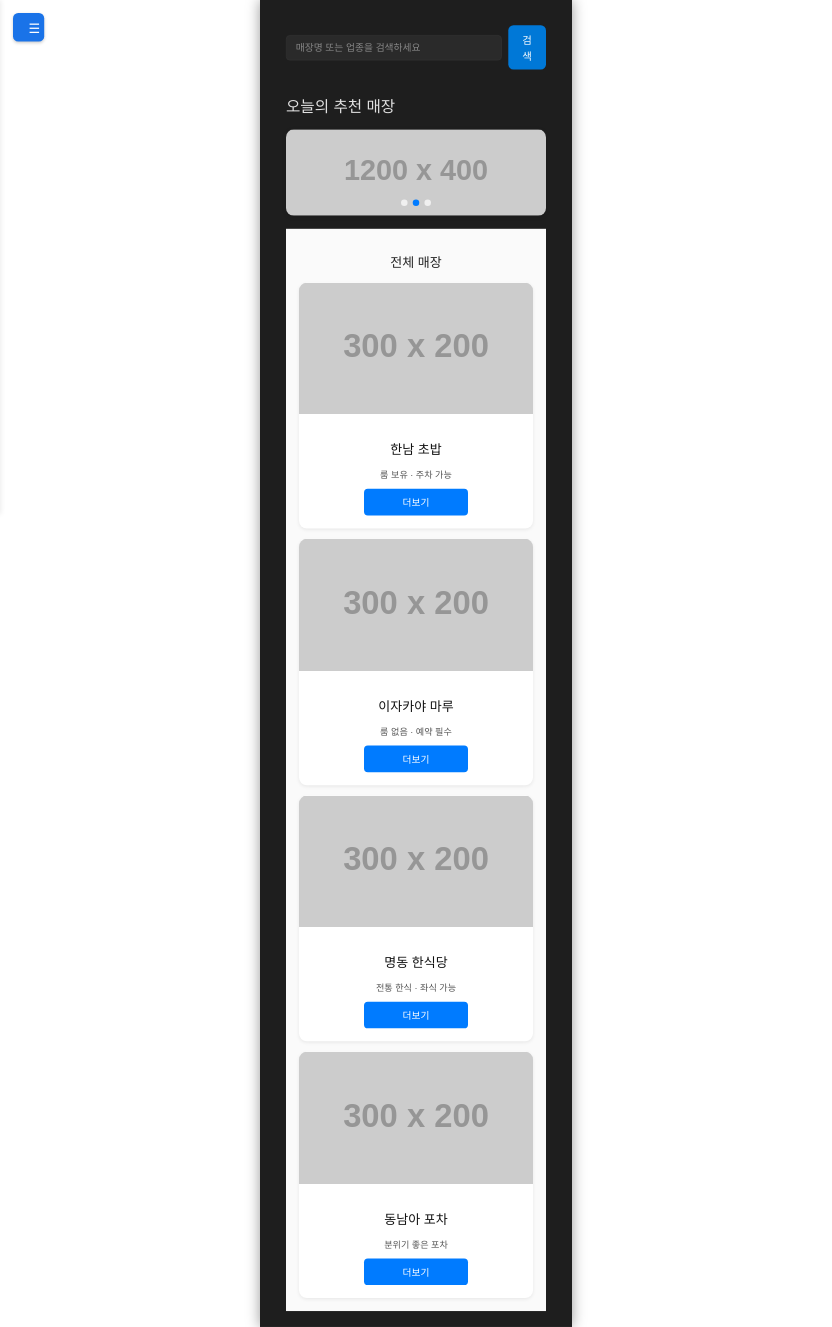
Repository: noiredex/Choplan-API
Page: / (app in choplan/frontend_main/)
The author's editor kept a copy of each file at every save. The page is drawn from the files as they stood at one save, then again after the next save.
The browser window is 1280 px wide. The pictures show the whole page, at 65% of full size.
The project was rebuilt for these pictures with package versions that can differ from the ones it lists, and the page was loaded fresh each time. Also part of the build but not shown: choplan/frontend_main/vite.config.js, choplan/frontend_main/vite.config.ts, choplan/frontend_main/src/styles/StoreDetailPage.css, choplan/frontend_main/src/pages/StoreDetailPage.jsx.

Above is the page before, as saved 2025-10-27 14:20:32.

### choplan/frontend_main/index.html
<!doctype html>
<html lang="en">
  <head>
    <meta charset="UTF-8" />
    <link rel="icon" type="image/svg+xml" href="/vite.svg" />
    <meta name="viewport" content="width=device-width, initial-scale=1.0" />
    <title>frontend_main</title>
  </head>
  <body>
    <div id="root"></div>
    <script type="module" src="/src/main.jsx"></script>
  </body>
</html>

### choplan/frontend_main/src/App.jsx
import { Routes, Route } from "react-router-dom";
import HomePage from "./pages/HomePage";
import StoreDetailPage from "./pages/StoreDetailPage";
import "./App.css";

export default function App() {
  return (
    <Routes>
      <Route path="/" element={<HomePage />} />
      <Route path="/store/:id" element={<StoreDetailPage />} />
    </Routes>
  );
}

### choplan/frontend_main/src/pages/Homepage.jsx
import React, { useState } from "react";
import Sidebar from "../components/common/Sidebar";
import SearchBar from "../components/home/SearchBar";
import BannerSlider from "../components/home/BannerSlider";
import RecommendedStores from "../components/home/RecommendedStores";
import "../styles/HomePage.css";

export default function HomePage() {
  const [selectedCategory, setSelectedCategory] = useState("전체");
  const [searchQuery, setSearchQuery] = useState("");

  return (
    <div className="home-container">
      {/* 사이드바 */}
      <Sidebar
        selectedCategory={selectedCategory}
        onSelectCategory={setSelectedCategory}
        searchQuery={searchQuery}
      />

      {/* 메인 콘텐츠 */}
      <div className="main-content">
        <SearchBar onSearch={setSearchQuery} />

        {/* 추천 배너 */}
        <section className="banner-section">
          <h2>오늘의 추천 매장</h2>
          <BannerSlider />
        </section>

        {/* 매장 목록 */}
        <section className="store-section">
          <RecommendedStores
            category={selectedCategory}
            searchQuery={searchQuery}
          />
        </section>
      </div>
    </div>
  );
}

### choplan/frontend_main/src/App.css
/* ==============================
   App.css — 전역 스타일
   ============================== */

/* 기본 페이지 레이아웃 */
html, body {
  margin: 0;
  padding: 0;
  background-color: #181818; /* Soft Charcoal */
  color: #E0E0E0;
  font-family: 'Noto Sans KR', sans-serif;
  display: flex;
  justify-content: center;
}

/* 전체 앱을 중앙에 고정 (모바일 480px 기준) */
#root {
  width: 100%;
  max-width: 480px;
  min-height: 100vh;
  background-color: #1E1E1E;
  box-shadow: 0 0 20px rgba(0, 0, 0, 0.4);
  overflow-x: hidden;
  position: relative;
}

/* 스크롤바 다크모드 스타일 */
::-webkit-scrollbar {
  width: 6px;
}
::-webkit-scrollbar-track {
  background: #1a1a1a;
}
::-webkit-scrollbar-thumb {
  background: #444;
  border-radius: 4px;
}
::-webkit-scrollbar-thumb:hover {
  background: #555;
}

/* 공통 버튼 스타일 */
button {
  background-color: #3D7FFF;
  color: white;
  border: none;
  border-radius: 8px;
  padding: 10px 16px;
  cursor: pointer;
  transition: background-color 0.2s ease;
}
button:hover {
  background-color: #5596FF;
}

/* 링크 */
a {
  text-decoration: none;
  color: inherit;
}

### choplan/frontend_main/src/components/common/Sidebar.jsx
import React, { useState, useEffect } from "react";
import "../../styles/Sidebar.css";

export default function Sidebar({ selectedCategory, onSelectCategory, searchQuery }) {
  const [isOpen, setIsOpen] = useState(false);

  const categories = [
    "전체",
    "이자카야",
    "초밥",
    "한식",
    "양식",
    "중식",
    "동남아",
    "인도",
    "기타",
  ];

  // 검색어에 따라 자동 카테고리 선택
  useEffect(() => {
    if (searchQuery && searchQuery.trim() !== "") {
      const matched = categories.find((cat) => searchQuery.includes(cat));
      if (matched) onSelectCategory(matched);
    }
  }, [searchQuery]);

  return (
    <>
      {/* 햄버거 버튼 (항상 노출) */}
      <button
        className="sidebar-toggle"
        onClick={() => setIsOpen(!isOpen)}
        aria-label="메뉴 열기"
      >
        ☰
      </button>

      {/* 오버레이 (열릴 때만) */}
      {isOpen && <div className="overlay" onClick={() => setIsOpen(false)}></div>}

      {/* 세로형 사이드바 */}
      <aside className={`sidebar ${isOpen ? "open" : ""}`}>
        <ul className="sidebar-list">
          {categories.map((category, index) => (
            <li
              key={index}
              className={selectedCategory === category ? "active" : ""}
              onClick={() => {
                onSelectCategory(category);
                setIsOpen(false);
              }}
            >
              {category}
            </li>
          ))}
        </ul>
      </aside>
    </>
  );
}

### choplan/frontend_main/src/components/home/SearchBar.jsx
import React, { useState } from "react";
import "../../styles/SearchBar.css";

export default function SearchBar({ onSearch }) {
  const [query, setQuery] = useState("");

  const handleInputChange = (e) => {
    setQuery(e.target.value);
  };

  const handleSearch = (e) => {
    e.preventDefault();
    onSearch(query);
  };

  return (
    <form className="search-bar" onSubmit={handleSearch}>
      <input
        type="text"
        placeholder="매장명 또는 업종을 검색하세요"
        value={query}
        onChange={handleInputChange}
      />
      <button type="submit">검색</button>
    </form>
  );
}

### choplan/frontend_main/src/components/home/BannerSlider.jsx
import React from "react";
import { Swiper, SwiperSlide } from "swiper/react";
import { Autoplay, Pagination } from "swiper/modules";
import "swiper/css";
import "swiper/css/pagination";
import "../../styles/BannerSlider.css";

export default function BannerSlider() {
  const banners = [
    {
      id: 1,
      img: "https://placehold.co/1200x400/007bff/ffffff?text=오늘의+추천매장+1",
      alt: "추천 매장 1",
    },
    {
      id: 2,
      img: "https://placehold.co/1200x400/f07b00/ffffff?text=오늘의+추천매장+2",
      alt: "추천 매장 2",
    },
    {
      id: 3,
      img: "https://placehold.co/1200x400/008c4a/ffffff?text=오늘의+추천매장+3",
      alt: "추천 매장 3",
    },
  ];

  return (
    <div className="banner-slider-container">
      <Swiper
        modules={[Autoplay, Pagination]}
        pagination={{ clickable: true }}
        autoplay={{ delay: 4000, disableOnInteraction: false }}
        loop={true}
        spaceBetween={0}
        slidesPerView={1}
        className="banner-swiper"
      >
        {banners.map((banner) => (
          <SwiperSlide key={banner.id}>
            <img
              src={banner.img}
              alt={banner.alt}
              className="banner-image"
            />
          </SwiperSlide>
        ))}
      </Swiper>
    </div>
  );
}

### choplan/frontend_main/src/components/home/RecommendedStores.jsx
import React, { useEffect, useState } from "react";
import { useNavigate } from "react-router-dom";
import "../../styles/RecommendedStores.css";

export default function RecommendedStores({ category, searchQuery }) {
  const [stores, setStores] = useState([]);
  const navigate = useNavigate(); // 페이지 이동 훅

  // 예시 데이터 (실제 API 연결 시 이 부분 대체)
  const allStores = [
    { id: 1, name: "한남 초밥", category: "초밥", desc: "룸 보유 · 주차 가능", img: "https://placehold.co/300x200" },
    { id: 2, name: "이자카야 마루", category: "이자카야", desc: "룸 없음 · 예약 필수", img: "https://placehold.co/300x200" },
    { id: 3, name: "명동 한식당", category: "한식", desc: "전통 한식 · 좌식 가능", img: "https://placehold.co/300x200" },
    { id: 4, name: "동남아 포차", category: "동남아", desc: "분위기 좋은 포차", img: "https://placehold.co/300x200" },
  ];

  useEffect(() => {
    let filtered = allStores;

    // 검색어 반영
    if (searchQuery) {
      filtered = filtered.filter((store) =>
        store.name.toLowerCase().includes(searchQuery.toLowerCase())
      );
    }

    // 카테고리 반영
    if (category && category !== "전체") {
      filtered = filtered.filter((store) => store.category === category);
    }

    setStores(filtered);
  }, [category, searchQuery]);

  return (
    <div className="recommended-stores">
      <h2>{category ? category : "전체"} 매장</h2>

      <div className="store-grid">
        {stores.length > 0 ? (
          stores.map((store) => (
            <div className="store-card" key={store.id}>
              <img src={store.img} alt={store.name} />
              <div className="store-info">
                <h3>{store.name}</h3>
                <p>{store.desc}</p>
                <button onClick={() => navigate(`/store/${store.id}`)}>더보기</button>
              {/* 더보기 클릭시 /store/매장id 페이지로 이동 */}
              </div>
            </div>
          ))
        ) : (
          <p className="no-results">검색 결과가 없습니다.</p>
        )}
      </div>
    </div>
  );
}

### choplan/frontend_main/src/styles/HomePage.css
/* ===== 기본 구조 ===== */
.home-container {
  display: flex;
  flex-direction: row; /* Sidebar + Main Content 가 가로로 배치 */
  align-items: stretch;
  justify-content: flex-start;
  width: 100%;
  min-height: 100vh;
  background-color: #1E1E1E;
  color: #E0E0E0;
  overflow: hidden;
  box-sizing: border-box;
}

/* ===== 사이드바 ===== */
.sidebar {
  width: 250px;
  min-width: 200px;
  max-width: 280px;
  background-color: #202020;
  border-right: 1px solid #2c2c2c;
  overflow-y: auto;
  transition: all 0.3s ease;
}

.sidebar-list {
  list-style: none;
  margin: 0;
  padding: 0;
}

.sidebar-list li {
  padding: 14px 18px;
  border-bottom: 1px solid #2b2b2b;
  cursor: pointer;
  color: #E0E0E0;
  transition: background 0.2s, color 0.2s;
}

.sidebar-list li:hover,
.sidebar-list li.active {
  background-color: #2a2a2a;
  color: #3D7FFF;
}

/* ===== 메인 콘텐츠 ===== */
.main-content {
  flex: 1;
  display: flex;
  flex-direction: column;
  justify-content: flex-start;
  align-items: stretch;
  padding: 24px 40px;
  overflow-y: auto;
  background-color: #1E1E1E;
  transition: all 0.3s ease;
}

/* 검색창 */

.search-bar {
  margin-bottom: 20px;
}

.search-bar input {
  width: 100%;
  padding: 10px 14px;
  border: 1px solid #333;
  border-radius: 6px;
  background-color: #2a2a2a;
  font-size: 15px;
}

.search-bar input::placeholder {
  color: #888;
}

/* ===== 베너 섹션 ===== */
.benner-section {
  text-align: center;
  margin-top: 20px;
  margin-bottom: 30px;
  display: flex;
  flex-direction: column;
  align-items: center;
}

.banner-section h2 {
  font-size: 22px;
  font-weight: 700;
  color: #E0E0E0;
  margin-bottom: 16px;
}

.banner-section .swiper-container {
  width: 100%;
  max-width: 440px;
  aspect-ratio: 16 / 9;
  border-radius: 12px;
  overflow: hidden;
  object-fit: cover;
  height: auto !important;
  flex-shrink: 0;
}

.banner-section .swiper-slide img {
  width: 100%;
  height: 100%;
  object-fit: cover;
  display: block;
}

/* ===== 추천 매장 섹션 ===== */
.store-section {
  width: 100%;
  margin-top: 20px;
  flex-grow: 1;
}

/* 반응형 대응 */

/* ===== PC / 데스크탑 (>=1025px) ===== */
@media (min-width: 1025px) {
  .home-container {
    flex-direction: row;
  }

  .main-content {
    padding: 24px 40px;
  }

  .banner-section h2 {
  font-size: 24px;
  }

  .benner-section .swiper-container {
    aspect-ratio: 16 / 9;
    border-radius: 12px;
    }
  }

/* ===== 태블릿 (<=1024px) ===== */
@media (max-width: 1024px) {
  .home-container {
    flex-direction: column;
  }

  .sidebar {
    width: 100%;
    height: auto;
    border-right: none;
    border-bottom: 1px solid #ddd;
  }

  .sidebar-list {
    display: flex;
    flex-wrap: nowrap;
    overflow-x: auto;
  }

  .sidebar-list li {
    flex: 0 0 auto;
    border-bottom: none;
    border-right: 1px solid #eee;
    white-space: nowrap;
  }

  .main-content {
    padding: 16px;
  }

  .banner-section h2 {
    font-size: 20px;
  }
}

/* ===== 모바일 (<=600px) ===== */
@media (max-width: 600px) {
  .home-container {
    flex-direction: column;
  }

  .banner-section h2 {
    font-size: 18px;
  }

  .sidebar-list li {
    font-size: 14px;
    padding: 10px 12px;
  }

  .main-content {
    padding: 10px;
  }

  .search-bar input {
    width: 100%;
    font-size: 14px;
  }
}

### choplan/frontend_main/src/styles/Sidebar.css
/* ===== 사이드바 세로형 기본 ===== */
.sidebar {
  position: fixed;
  top: 0;
  left: 0;
  width: 230px;
  height: 100vh;
  background: #fff;
  transform: translateX(-100%);
  transition: transform 0.3s ease-in-out;
  z-index: 2000;
  box-shadow: 2px 0 8px rgba(0, 0, 0, 0.08);
  display: flex;
  flex-direction: column;
  padding-top: 70px;
}

.sidebar.open {
  transform: translateX(0);
}

/* ===== 카테고리 목록 ===== */
.sidebar-list {
  list-style: none;
  margin: 0;
  padding: 0;
  overflow-y: auto;
  flex: 1;
}

.sidebar-list li {
  padding: 15px 18px;
  cursor: pointer;
  border-bottom: 1px solid #f2f2f2;
  font-size: 16px;
  transition: background-color 0.2s;
}

.sidebar-list li:hover {
  background: #f5f5f5;
}

.sidebar-list li.active {
  background: #1a73e8;
  color: #fff;
  font-weight: 600;
}

/* ===== 햄버거 버튼 (항상 노출) ===== */
.sidebar-toggle {
  position: fixed;
  top: 20px;
  left: 20px;
  background: #1a73e8;
  color: #fff;
  border: none;
  border-radius: 8px;
  width: 44px;
  height: 44px;
  font-size: 20px;
  cursor: pointer;
  z-index: 2100;
  box-shadow: 0 2px 5px rgba(0, 0, 0, 0.2);
}

/* ===== 어두운 배경 (overlay) ===== */
.overlay {
  position: fixed;
  top: 0;
  left: 0;
  width: 100vw;
  height: 100vh;
  background: rgba(0, 0, 0, 0.3);
  z-index: 1500;
}

/* ===== PC도 동일한 구조 ===== */
@media (min-width: 1025px) {
  .sidebar {
    position: fixed;
    transform: translateX(-100%);
  }

  .sidebar.open {
    transform: translateX(0);
  }

  .sidebar-toggle {
    display: block;
  }

  .overlay {
    display: block;
  }
}

/* ===== 반응형 (모바일) ===== */
@media (max-width: 1024px) {
  .sidebar {
    position: fixed;
    height: 100vh;
  }

  .sidebar-list li {
    font-size: 15px;
  }
}

### choplan/frontend_main/src/styles/SearchBar.css
.search-bar {
  display: flex;
  justify-content: center;
  align-items: center;
  margin: 15px 0 25px 0;
  gap: 10px;
}

.search-bar input {
  width: 70%;
  padding: 10px 14px;
  border: 1px solid #ccc;
  border-radius: 8px;
  font-size: 1rem;
}

.search-bar button {
  background-color: #0078d7;
  color: white;
  border: none;
  padding: 10px 18px;
  border-radius: 8px;
  cursor: pointer;
  transition: background 0.2s ease;
}

.search-bar button:hover {
  background-color: #005fa3;
}

### choplan/frontend_main/src/styles/BannerSlider.css
.banner-slider-container {
  width: 100%;
  max-width: 1200px;
  margin: 0 auto;
  border-radius: 12px;
  overflow: hidden;
  position: relative;
  box-shadow: 0 2px 8px rgba(0, 0, 0, 0.1);
}

.banner-swiper {
  width: 100%;
  height: auto;
}

.banner-image {
  width: 100%;
  height: 400px;
  object-fit: cover;
  display: block;
}

/* 슬라이드 하단 점(Pagination) 스타일 */
.swiper-pagination-bullet {
  background: rgba(255, 255, 255, 0.7);
  opacity: 1;
  width: 10px;
  height: 10px;
  margin: 0 4px !important;
}

.swiper-pagination-bullet-active {
  background: #007bff;
}

/* 반응형 */
@media (max-width: 1024px) {
  .banner-image {
    height: 300px;
  }
}

@media (max-width: 768px) {
  .banner-image {
    height: 240px;
    border-radius: 0;
  }

  .banner-slider-container {
    border-radius: 0;
    box-shadow: none;
  }
}

@media (max-width: 480px) {
  .banner-image {
    height: 200px;
  }
}

### choplan/frontend_main/src/styles/RecommendedStores.css
/* ===== 컨테이너 ===== */
.recommended-stores {
  padding: 20px;
  background: #fafafa;
  display: flex;
  flex-direction: column;
  align-items: center;
}

.recommended-stores h2 {
  font-size: 20px;
  margin-bottom: 16px;
  font-weight: 600;
  color: #222;
  text-align: center;
}

/* ===== 매장 카드 그리드 ===== */
.store-grid {
  display: grid;
  gap: 16px;
  width: 100%;
  max-width: 1200px;
  margin: 0 auto;
  grid-template-columns: repeat(auto-fit, minmax(280px, 1fr));
  transition: all 0.3s ease;
}

/* ===== 매장 카드 ===== */
.store-card {
  background: white;
  border-radius: 12px;
  overflow: hidden;
  box-shadow: 0 2px 6px rgba(0, 0, 0, 0.08);
  display: flex;
  flex-direction: column;
  transition: transform 0.2s ease;
}

.store-card:hover {
  transform: translateY(-3px);
}

.store-card img {
  width: 100%;
  height: 180px;
  object-fit: cover;
}

.store-info {
  padding: 14px;
  text-align: center;
}

.store-info h3 {
  font-size: 16px;
  margin-bottom: 6px;
  color: #111;
}

.store-info p {
  font-size: 13px;
  color: #555;
  margin-bottom: 10px;
}

.store-info button {
  width: 100%;
  max-width: 160px;
  padding: 8px 0;
  border: none;
  background-color: #007bff;
  color: white;
  font-size: 14px;
  border-radius: 6px;
  cursor: pointer;
  transition: background-color 0.2s ease;
}

.store-info button:hover {
  background-color: #0056b3;
}

/* ===== PC (>=1025px): 배너 크기와 동일한 세로형 ===== */
@media (min-width: 1025px) {
  .store-grid {
    grid-template-columns: 1fr; /* 한 줄에 하나씩 */
  }

  .store-card img {
    aspect-ratio: 16 / 9; /* 배너 비율과 일치 */
    height: auto;
  }

  .store-info {
    padding: 20px;
  }

  .store-info h3 {
    font-size: 20px;
  }

  .store-info p {
    font-size: 14px;
  }

  .store-info button {
    font-size: 15px;
    padding: 10px 0;
  }
}

/* ===== 태블릿 (<=1024px): 2열 카드형 ===== */
@media (max-width: 1024px) {
  .store-grid {
    grid-template-columns: repeat(2, 1fr);
  }

  .store-card img {
    height: 160px;
  }

  .store-info h3 {
    font-size: 15px;
  }

  .store-info p {
    font-size: 13px;
  }
}

/* ===== 모바일 (<=768px): 세로형 1열 카드 ===== */
@media (max-width: 768px) {
  .recommended-stores {
    padding: 16px;
  }

  .store-grid {
    grid-template-columns: 1fr;
  }

  .store-card img {
    height: 160px;
  }

  .store-info button {
    font-size: 13px;
  }
}

Loaded but not shown: choplan/frontend_main/src/main.jsx (common file); choplan/frontend_main/src/index.css (common file)

After the next save:
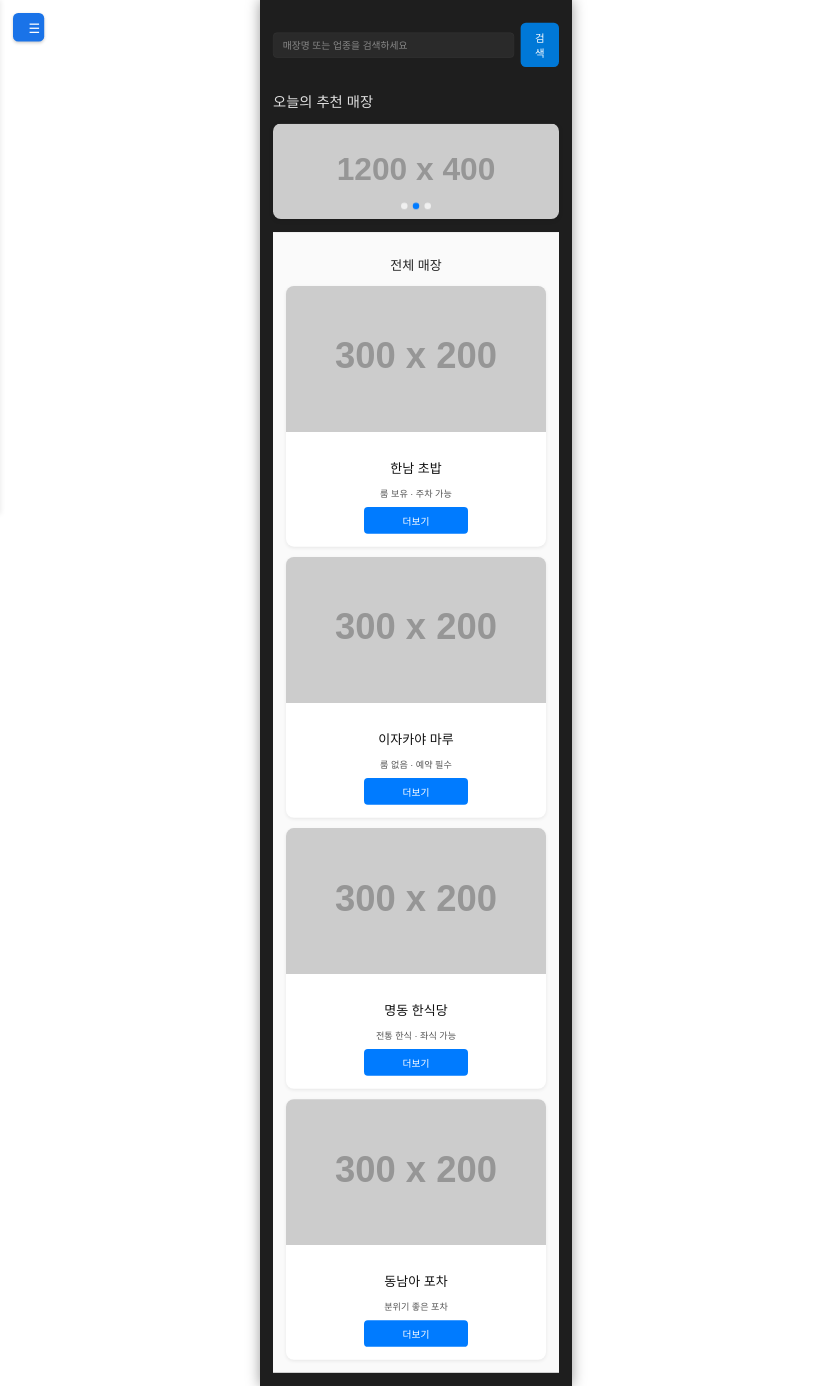
Saved 83 min 29 s later.
--- a/choplan/frontend_main/src/styles/HomePage.css
+++ b/choplan/frontend_main/src/styles/HomePage.css
@@ -117,16 +117,52 @@
   flex-grow: 1;
 }
 
+  /* 반응형 (480px 고정 중앙 정렬) */
+  @media (min-width: 1025px) {
+    body {
+      display: flex;
+      justify-content: center;
+      background-color: #181818;
+    }
+
+    #root {
+      width: 480px;
+    }
+
+    .home-container {
+      flex-direction: column;
+      width: 100%;
+      max-width: 480px;
+      margin: 0 auto;
+    }
+
+    .main-content {
+      padding: 20px;
+    }
+  }
+
+  /* 모바일 (<=600px) */
+
+  @media (max-width: 600px) {
+    .banner-section h2 {
+      font-size: 18px;
+    }
+
+    .main-content {
+      padding: 12px;
+    }
+  }
+
+
 /* 반응형 대응 */
-
-/* ===== PC / 데스크탑 (>=1025px) ===== */
+/* ===== PC / 데스크탑 (>=1025px) =====
 @media (min-width: 1025px) {
   .home-container {
     flex-direction: row;
   }
 
   .main-content {
-    padding: 24px 40px;
+    /* padding: 24px 40px;
   }
 
   .banner-section h2 {
@@ -139,7 +175,7 @@
     }
   }
 
-/* ===== 태블릿 (<=1024px) ===== */
+  ===== 태블릿 (<=1024px) =====
 @media (max-width: 1024px) {
   .home-container {
     flex-direction: column;
@@ -174,7 +210,7 @@
   }
 }
 
-/* ===== 모바일 (<=600px) ===== */
+  ===== 모바일 (<=600px) =====
 @media (max-width: 600px) {
   .home-container {
     flex-direction: column;
@@ -197,4 +233,4 @@
     width: 100%;
     font-size: 14px;
   }
-}
+} */
